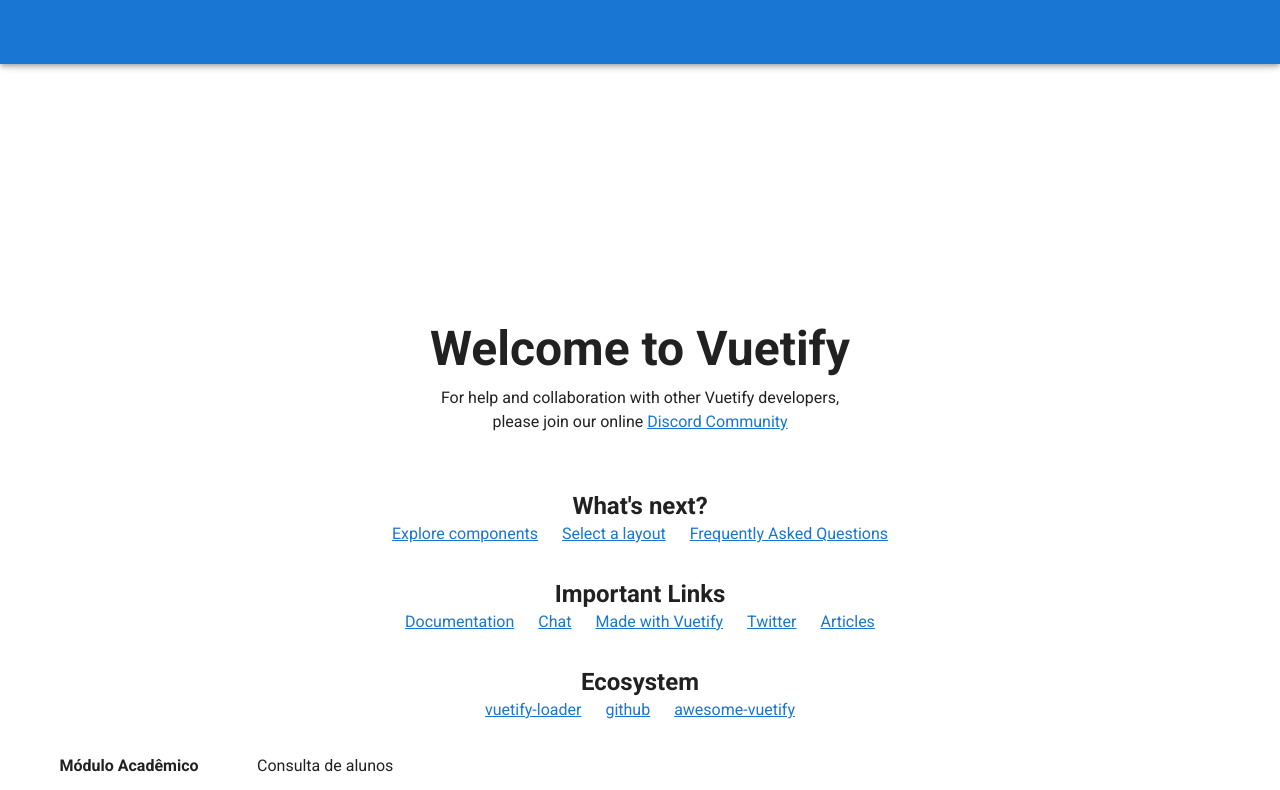
Repository: sergiohidekiono/vue-student
Page: /
These files come from the project's save history. The page is drawn as it stood at one moment and after a run of saves; the edit follows.
The browser window is 1280 px wide. The pictures show the whole page.
The project was rebuilt for these pictures with package versions that can differ from the ones it lists, and the page was loaded fresh each time. Also part of the build but not shown: vue.config.js.

Above is the page before, as saved 2024-08-07 09:09:11.

### src/App.vue
<template>
  <v-app>
    <v-app-bar app color="primary" dark>
      <div class="d-flex align-center">
        <v-img :src="require('./assets/logo.png')" class="my-3" contain height="200" />
      </div>
    </v-app-bar>

    <v-main>
      <HelloWorld />
      <StudentList />
    </v-main>

  </v-app>
</template>

<script>
import HelloWorld from './components/HelloWorld';
import StudentList from './components/student-list';

export default {
  name: 'App',

  components: {
    HelloWorld,
    StudentList,
  },

  data: () => ({
    //
  }),
};
</script>

### src/components/HelloWorld.vue
<template>
  <v-container>
    <v-row class="text-center">
      <v-col cols="12">
        <v-img :src="require('../assets/logo.png')" class="my-3" contain height="200" />
      </v-col>

      <v-col class="mb-4">
        <h1 class="display-2 font-weight-bold mb-3">
          Welcome to Vuetify
        </h1>

        <p class="subheading font-weight-regular">
          For help and collaboration with other Vuetify developers,
          <br>please join our online
          <a href="https://community.vuetifyjs.com" target="_blank">Discord Community</a>
        </p>
      </v-col>

      <v-col class="mb-5" cols="12">
        <h2 class="headline font-weight-bold mb-3">
          What's next?
        </h2>

        <v-row justify="center">
          <a v-for="(next, i) in whatsNext" :key="i" :href="next.href" class="subheading mx-3" target="_blank">
            {{ next.text }}
          </a>
        </v-row>
      </v-col>

      <v-col class="mb-5" cols="12">
        <h2 class="headline font-weight-bold mb-3">
          Important Links
        </h2>

        <v-row justify="center">
          <a v-for="(link, i) in importantLinks" :key="i" :href="link.href" class="subheading mx-3" target="_blank">
            {{ link.text }}
          </a>
        </v-row>
      </v-col>

      <v-col class="mb-5" cols="12">
        <h2 class="headline font-weight-bold mb-3">
          Ecosystem
        </h2>

        <v-row justify="center">
          <a v-for="(eco, i) in ecosystem" :key="i" :href="eco.href" class="subheading mx-3" target="_blank">
            {{ eco.text }}
          </a>
        </v-row>
      </v-col>
    </v-row>
  </v-container>
</template>

<script>
export default {
  name: 'HelloWorld',

  data: () => ({
    ecosystem: [
      {
        text: 'vuetify-loader',
        href: 'https://github.com/vuetifyjs/vuetify-loader',
      },
      {
        text: 'github',
        href: 'https://github.com/vuetifyjs/vuetify',
      },
      {
        text: 'awesome-vuetify',
        href: 'https://github.com/vuetifyjs/awesome-vuetify',
      },
    ],
    importantLinks: [
      {
        text: 'Documentation',
        href: 'https://vuetifyjs.com',
      },
      {
        text: 'Chat',
        href: 'https://community.vuetifyjs.com',
      },
      {
        text: 'Made with Vuetify',
        href: 'https://madewithvuejs.com/vuetify',
      },
      {
        text: 'Twitter',
        href: 'https://twitter.com/vuetifyjs',
      },
      {
        text: 'Articles',
        href: 'https://medium.com/vuetify',
      },
    ],
    whatsNext: [
      {
        text: 'Explore components',
        href: 'https://vuetifyjs.com/components/api-explorer',
      },
      {
        text: 'Select a layout',
        href: 'https://vuetifyjs.com/getting-started/pre-made-layouts',
      },
      {
        text: 'Frequently Asked Questions',
        href: 'https://vuetifyjs.com/getting-started/frequently-asked-questions',
      },
    ],
  }),
}
</script>

### src/components/student-list.vue
<template>
    <v-container>
        <v-row>
            <v-col cols="2" class="font-weight-bold">
                Módulo Acadêmico
            </v-col>
            <v-col cols="10">
                Consulta de alunos
            </v-col>
        </v-row>
    </v-container>
</template>
<script>
</script>

Loaded but not shown: public/index.html (common file); src/main.js (common file); src/plugins/vuetify.js (common file)

After the next 2 saves:
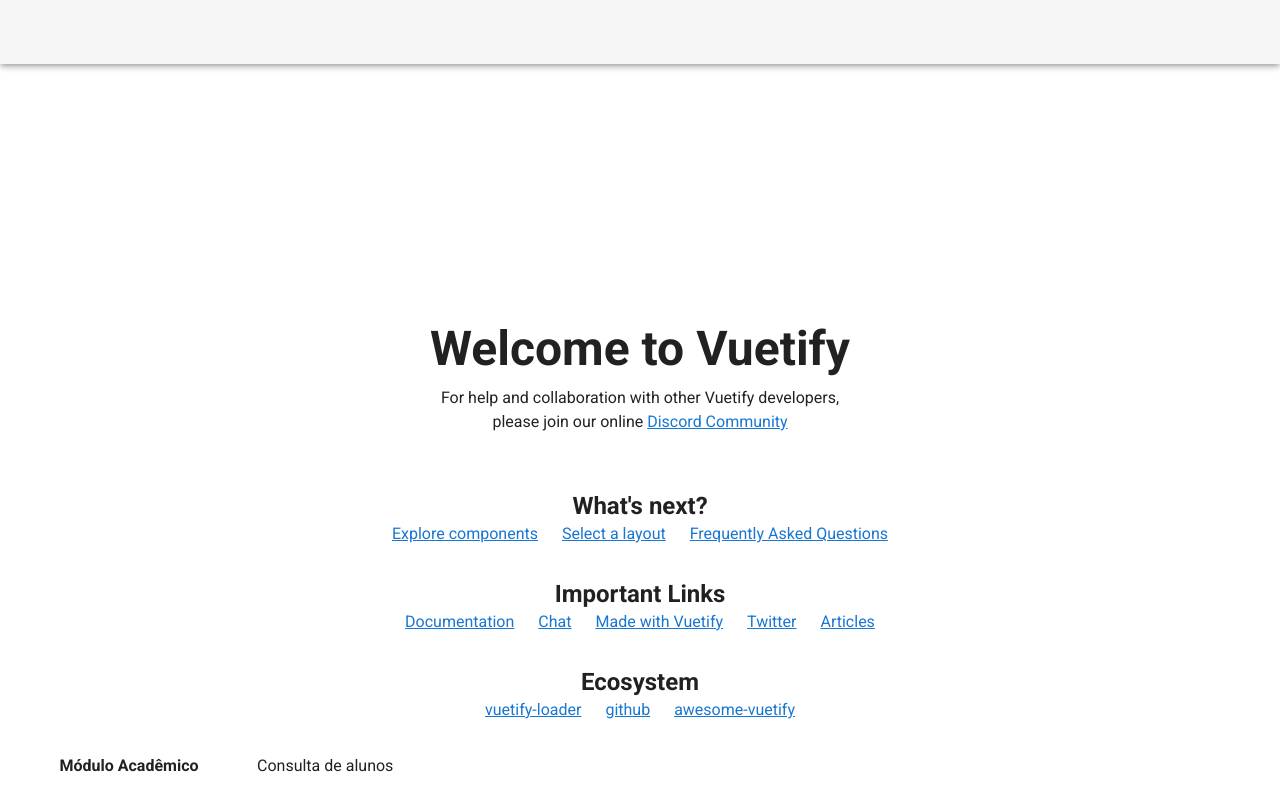
The 2 saves are shown as one change because they came seconds apart.
The last was saved 25 s later.
--- a/src/App.vue
+++ b/src/App.vue
@@ -1,6 +1,6 @@
 <template>
   <v-app>
-    <v-app-bar app color="primary" dark>
+    <v-app-bar>
       <div class="d-flex align-center">
         <v-img :src="require('./assets/logo.png')" class="my-3" contain height="200" />
       </div>
